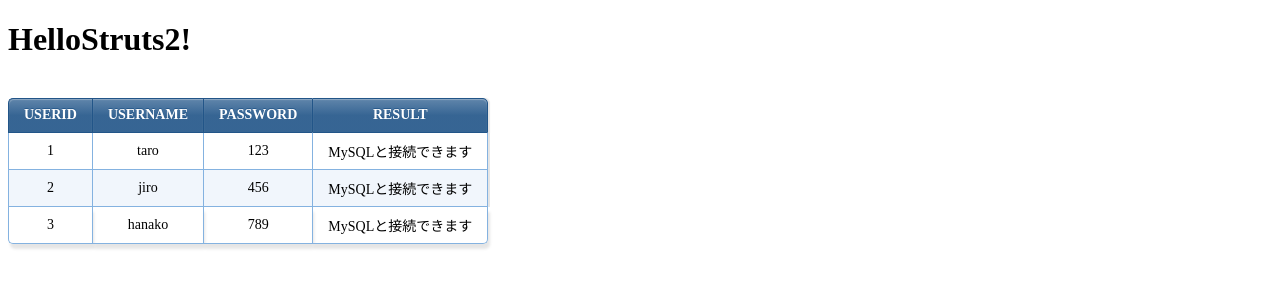
Repository: Numanaka/test
Page: http://localhost/WebProj5/HelloStrutsAction.action
The author's editor kept a copy of each file at every save. The page is drawn from the files as they stood at one save, then again after the next save.
The browser window is 1280 px wide. The pictures show the whole page.
The page is served by Tomcat 9. The database holds what the project's SQL file puts in it.

Above is the page before, as saved 2019-07-02 07:48:29.

After the next save:
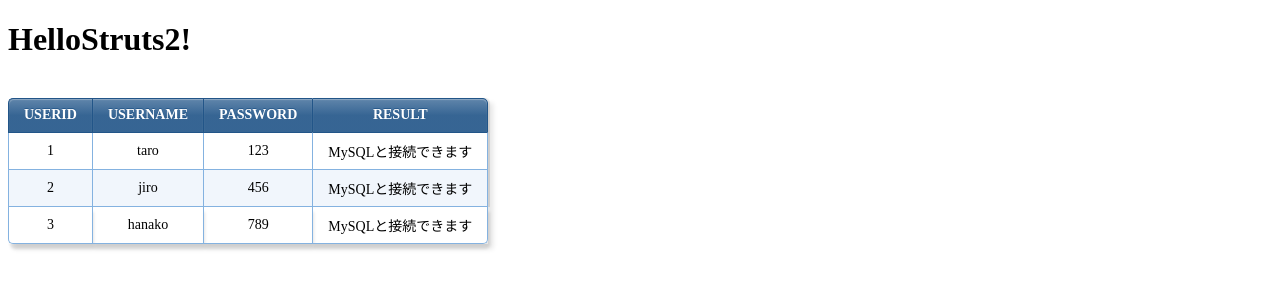
Saved 65 s later.
--- a/WebProj5/WebContent/css/style.css
+++ b/WebProj5/WebContent/css/style.css
@@ -67,3 +67,6 @@ table tr:hover{
 	background: #bbd4ee;
 	cursor: pointer;
 }
+table{
+	box-shadow: 5px 5px 5px rgba(0,0,0,0.1);
+}
